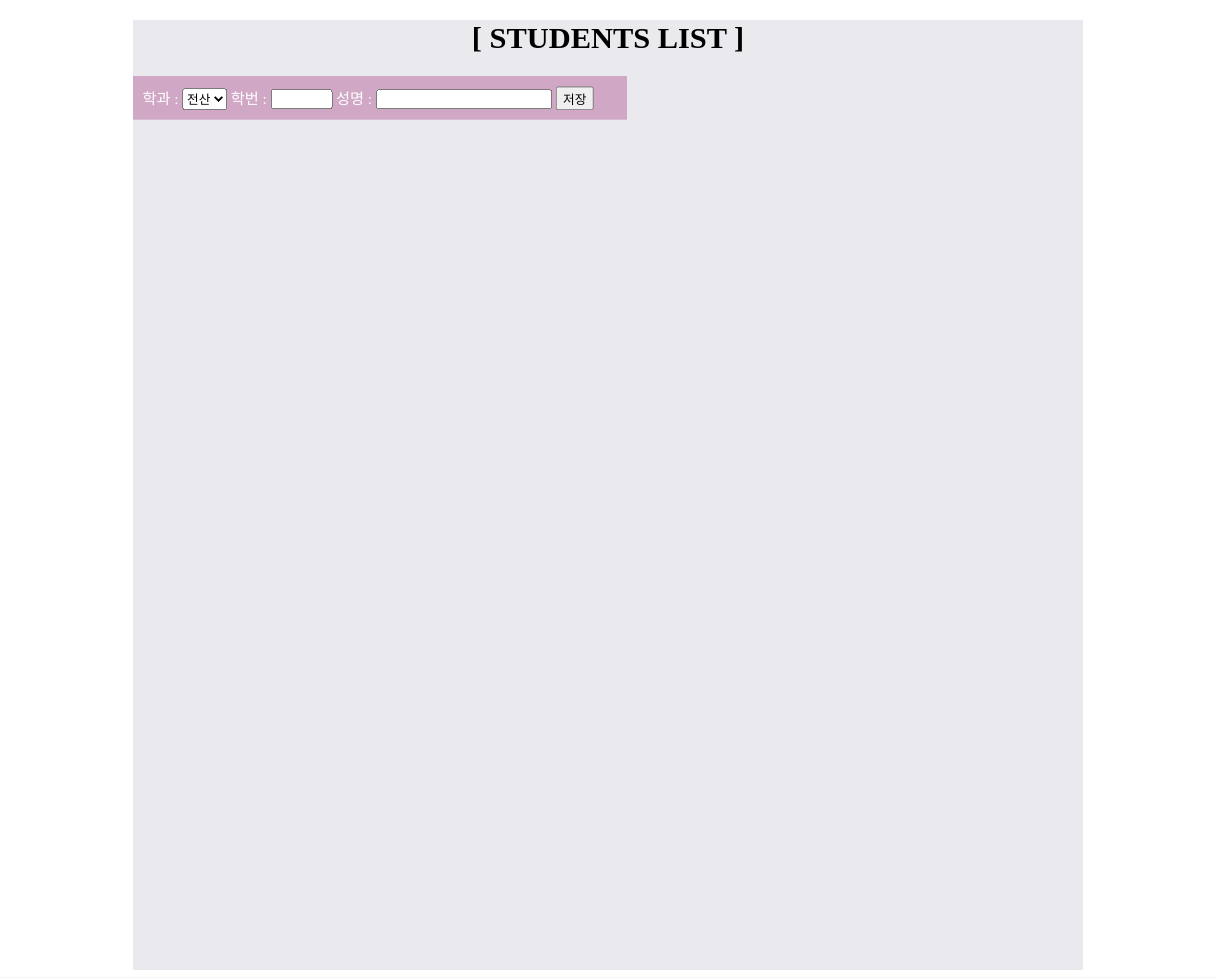
Repository: eeul07/html
Page: ex0508/WebContent/WEB-INF/students/slist.html
An editor plug-in stored every save of this project. The page is shown before and after the next save, followed by the edit.
The browser window is 1280 px wide. The pictures show the whole page, at 95% of full size.
Some web libraries are served in a nearby version.

Above is the page before, as saved 2020-05-08 01:06:48.

### ex0508/WebContent/WEB-INF/students/slist.html
<!DOCTYPE html>
<html>
<head>
	<meta charset="UTF-8">
	<title>학생관리</title>
	<script src="http://code.jquery.com/jquery-1.9.1.js"></script>
	<script src="https://cdnjs.cloudflare.com/ajax/libs/handlebars.js/3.0.1/handlebars.js"></script>
	<style>
		#page{background:#E9E9EE; width:1000px; height:1000px; margin:auto;}
		h1{text-align:center;}
		select{height:23px;}
		#students{background:#D0A8C5; color:white; width:500px; padding:10px; margin-bottom:20px;}
		#tbl{margin:10px; width:450px;}
	</style>
</head>
<body>
	<div id="page">
		<h1>[ STUDENTS LIST ]</h1>
		<div id="students">
			학과 : <select id="dept">
				<option>전산</option>
				<option>전자</option>
				<option>건축</option>
				</select>
			학번 : <input type="text" id="scode" maxlength=8 size=5>
			성명 : <input type="text" id="sname">
			<input type="button" id="btnSave" value="저장">
		</div>
		<table id="tbl" border=1 width=500></table>
		<script id="temp" type="text/x-handlebars-template">
			{{#each array}}
				<tr class=row>
					<td><input type="checkbox" class="chk"></td>
					<td class=scode>{{scode}}</td>
					<td>{{sname}}</td>
					<td>{{dept}}</td>
					<td><button>삭제</button></td>
				</tr>
			{{/each}}
		</script>
	</div>
</body>
<script>
	$("#tbl").hide();
	var scode;
	var sname;
	var dept;

	$("#btnSave").on("click", function(){
		if(!confirm("학생을 등록하시겠습니까?")) return;
		scode=$("#scode").val();
		sname=$("#sname").val();
		dept=$("#dept").val();

		$.ajax({
			type:"post",
			url:"sinsert.jsp",
			data:{"scode":scode, "sname":sname, "dept":dept},
			dataType:"json",
			success:function(data){
				if(data.cnt==1){
					alert("이미 존재하는 학생입니다.")
				}
				var temp=Handlebars.compile($("#temp").html());
				$("#tbl").html(temp(data));
			}
		});
		$("#tbl").show();
	});
</script>
</html>

After the next save:
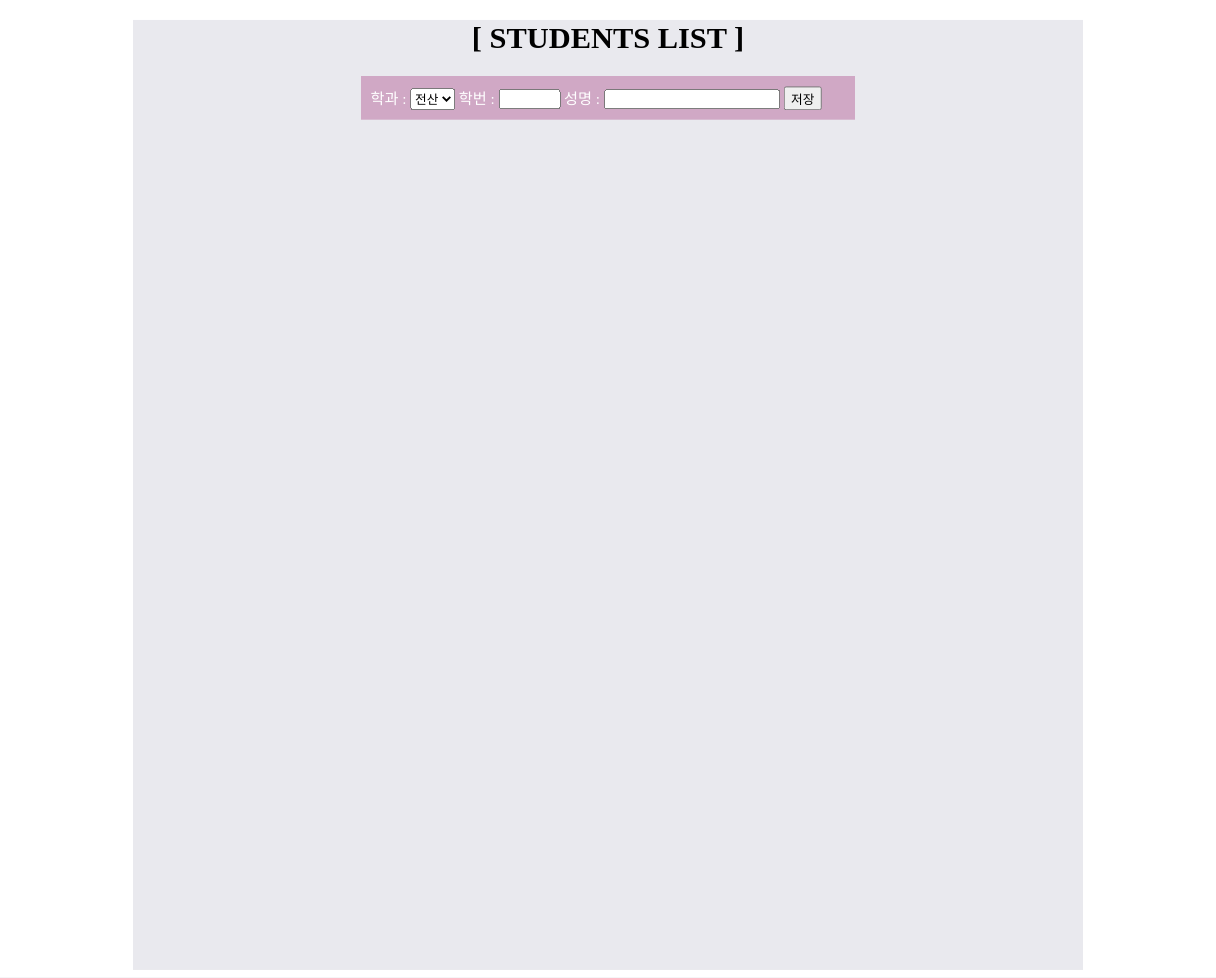
Saved 24 s later.
--- a/ex0508/WebContent/WEB-INF/students/slist.html
+++ b/ex0508/WebContent/WEB-INF/students/slist.html
@@ -9,7 +9,7 @@
 		#page{background:#E9E9EE; width:1000px; height:1000px; margin:auto;}
 		h1{text-align:center;}
 		select{height:23px;}
-		#students{background:#D0A8C5; color:white; width:500px; padding:10px; margin-bottom:20px;}
+		#students{background:#D0A8C5; color:white; width:500px; padding:10px; margin-bottom:20px; margin:auto;}
 		#tbl{margin:10px; width:450px;}
 	</style>
 </head>
